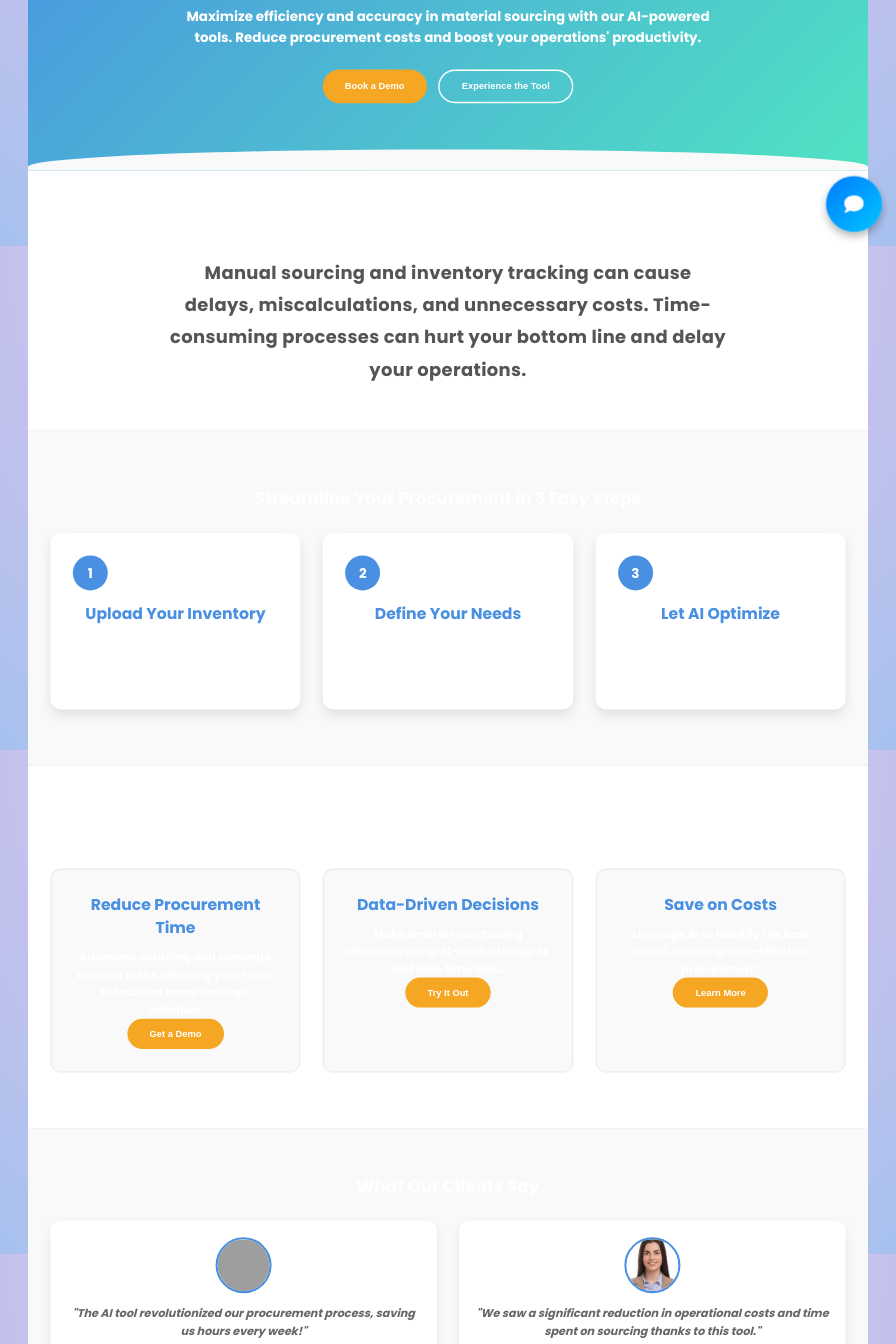
Repository: aabhashbasnet/SSNCorporation
Page: /who-we-serve/suppliers
These files come from the project's save history. The page is drawn as it stood at one moment and after a run of saves; the edit follows.
The browser window is 1280 px wide. The pictures show the part of the page from y = 369 to 2289 px (the page is 3011 px tall before and 3136 px after), at 70% of full size.
Pictures or frames that could not be fetched are drawn as grey boxes. The project was rebuilt for these pictures with package versions that can differ from the ones it lists, and the page was loaded fresh each time. Also part of the build but not shown: src/components/Main/Main.jsx, src/components/Working/Working.css, src/components/Working/Working.jsx, src/components/Footer/Footer.jsx, src/pages/OurMission/OurMission.jsx, src/pages/LoginSignUp/LoginSignUp.css, src/pages/LoginSignUp/LoginSignUp.jsx, src/pages/Industries/Industries.jsx and 12 more.

Above is the page before, as saved 2025-02-11 13:08:32.

### src/index.css
/* index.css or App.css */
body {
  margin: 0;
  padding: 0;
  font-family: 'Poppins', sans-serif; /* Optional: Add modern typography */
  /* background: linear-gradient(to bottom, #0a192f, #162447); */
  /* background: linear-gradient(to bottom, #0a192f, #004aad); */
  /* background: radial-gradient(circle at top, #00c6ff, #0072ff, #0a192f);
  background: radial-gradient(circle at top, #ff7e5f, #feb47b, #f4f4f4);
  background: radial-gradient(circle at top, #6a11cb, #2575fc);
  background: radial-gradient(circle at top, #ff416c, #ff4b2b); */
  background: radial-gradient(circle at top, #fbc2eb, #a6c1ee);
  color: white; /* Ensures text is readable */
  min-height: 100vh;
}

### src/App.css
.app-container {
  min-height: 100vh;
  display: flex;
  flex-direction: column;
  background-size: cover;
  background-position: center;
}

### src/components/Main/Main.css
/* Ensure the main content takes up the remaining spaces */
html, body {
  height: 100%;
  margin: 0;
}

/* Main content styling */
.main-content {
  padding: 50px 20px;
  text-align: center; /* Center align the content */
  min-height: calc(100vh - 80px); /* Adjust height to fill the remaining space after navbar */
  display: flex;
  flex-direction: column;
  justify-content: center;
  align-items: center; /* Ensure content is centered horizontally */
}

/* Headline styling */
.headline {
  font-family: Verdana, Geneva, Tahoma, sans-serif;
  font-size: 72px; /* Increased font size */
  font-weight: bold;
  color: #333; /* Dark color for readability */
  margin-bottom: 20px;
  line-height: 1.2;
  white-space: normal; /* Allow line breaks */
  display: inline-block; /* Make it an inline-block element */
  max-width: 90%; /* Set a max-width for better control */
}

/* Description styling */
.description {
  font-size: 18px;
  font-weight: bolder;
  color: white; /* Slightly lighter color */
  max-width: 800px; /* Set max-width to avoid overly long lines */
  margin: 0 auto; /* Center align */
  line-height: 1.6;
}

.instant {
  color: red;
}

/* Button container styling */
.button-container {
  display: flex;
  gap: 20px; /* Add space between buttons */
  justify-content: center;
  margin-top: 20px;
  flex-wrap: wrap; /* Ensure buttons wrap on small screens */
  align-items: center; /* Center the buttons */
}

/* Button base styling */
.button {
  padding: 12px 30px;
  font-size: 16px;
  font-weight: bold;
  border: none;
  border-radius: 5px;
  cursor: pointer;
  transition: transform 0.3s ease, background-color 0.3s ease;
  display: inline-block;
}

/* Default button styling (for both buttons) */
.button:hover {
  transform: translateY(-3px);
}

/* "Get Started" button styling */
.button.primary {
  background-color: #007bff; /* Blue color */
  color: white;
  font-size: larger;
}

.button.primary:hover {
  background-color: #0056b3; /* Darker blue on hover */
}

/* "Connect with Us" button styling */
.button.connect {
  background-color: #28a745; /* Green color */
  color: white;
}

.button.connect:hover {
  background-color: #218838; /* Darker green on hover */
}

/* Add some responsive styling */
@media (max-width: 768px) {
  .headline {
    font-size: 48px; /* Adjust the headline font size on mobile */
  }

  .description {
    font-size: 16px; /* Adjust description font size on mobile */
    padding: 0 20px; /* Add padding on sides for better readability */
  }

  .button-container {
    flex-direction: column; /* Stack buttons on mobile */
    align-items: center; /* Center align the buttons */
  }

  .button {
    width: 100%; /* Make buttons full width on small screens */
    max-width: 300px; /* Set a maximum width for buttons */
    margin: 10px 0; /* Add margin for space between buttons */
  }
}

### src/components/Footer/Footer.css
.footer {
    background-color: #333;
    background: #2c3e50; /* Dark blue/gray */
    background: radial-gradient(circle at top, #333, #555);
    background: radial-gradient(circle at top, #4b0082, #2c003e);
    background: radial-gradient(circle at top, #2a2a2a, #3b3b3b);
    background: radial-gradient(circle at top, #2a2a2a, #4e4e4e);

    color: white;
    padding: 30px;
  }

  .footer-content {
    display: flex;
    flex-wrap: wrap;
    justify-content: space-around;
    max-width: 1200px;
    margin: 0 auto;
  }

  .footer-section {
    flex: 1 1 30%;
    margin-bottom: 20px;
    text-align: center;
  }

  .logo {
    width: 120px;
    height: auto;
    margin-bottom: 15px;
  }

  .social-links {
    display: flex;
    justify-content: center; /* Center social icons */
    gap: 20px;
  }

  .social-icon {
    font-size: 28px;
    color: white;
    transition: color 0.3s ease;
  }

  .social-icon:hover {
    color: #0e76a8;
  }


  .footer-section h4 {
    font-size: 1.5rem; /* Use rem for scalable font sizes */
    font-weight: bold;
    margin-bottom: 10px;
    color: rgb(11, 240, 11);
    text-transform: uppercase;
  }
  .footer-nav {
    list-style: none;
    padding: 0;
    margin: 0;
  }

  .footer-nav li {
    margin-bottom: 10px;
  }

  .footer-nav a {
    font-size: 1rem;
    color: hsl(0, 0%, 100%);
    text-decoration: none;
    transition: color 0.3s ease;
  }

  .footer-nav a:hover {
    color: #0e76a8;
  }

  .newsletter {
    display: flex;
    flex-direction: column; /* Stack input and button */
    align-items: center; /* Center content horizontally */
  }

  .email-input {
    padding: 10px;
    border: 1px solid #fff;
    border-radius: 5px;
    width: 80%; /* Make input responsive */
    margin-bottom: 10px;
    background-color: #444;
    color: white;
  }

  .subscribe-button {
    padding: 10px 20px;
    background-color: #d31b1b;
    color: white;
    border: none;
    border-radius: 5px;
    cursor: pointer;
    transition: background-color 0.3s ease;
    width: 80%; /* Make button responsive */
  }

  .subscribe-button:hover {
    background-color: #b91b1b;
  }

  @media screen and (max-width: 768px) {
    .footer-section {
      flex: 1 1 100%; /* Each section takes full width on mobile */
      margin-bottom: 20px; /* Add space between sections */
    }

    .newsletter {
      flex-direction: column; /* Stack input and button vertically */
      align-items: center; /* Center the content horizontally */
    }

    .email-input,
    .subscribe-button {
      width: 100%; /* Full width input and button */
    }

    .footer-nav li {
      margin-bottom: 5px; /* Reduce margin between links */
    }
  }

### src/pages/Industries/Industries.css
/* Import Poppins font */
@import url('https://fonts.googleapis.com/css2?family=Poppins:wght@700&display=swap');

.industries-container {
  padding: 5rem 1rem;
}

.industries-title {
  font-family: Arial, Helvetica, sans-serif;
  text-align: center;
  font-size: 2.9rem;
  color: #1f2937;
  margin-bottom: 1rem;
  font-weight: 1000;
}

.industries-subtitle {
  text-align: center;
  color: #4b5563;
  font-size: 1.125rem;
  max-width: 800px;
  margin: 0 auto 3rem;
  line-height: 1.6;
}

.industries-grid {
  display: grid;
  gap: 2rem;
  grid-template-columns: 1fr;
}

.industry-card {
  background: white;
  padding: 2.5rem;
  border-radius: 1rem;
  box-shadow: 0 4px 6px -1px rgba(0, 0, 0, 0.1);
  transition: transform 0.3s ease, box-shadow 0.3s ease;
}

.industry-card:hover {
  transform: translateY(-5px);
  box-shadow: 0 10px 15px -3px rgba(0, 0, 0, 0.1);
}

.icon-container {
  width: 60px;
  height: 60px;
  border-radius: 50%;
  display: flex;
  align-items: center;
  justify-content: center;
  margin-bottom: 1.5rem;
}

.industry-icon {
  font-size: 2.5rem;
  color: white;
}

.industry-title {
  color: #1f2937;
  font-size: 1.5rem;
  margin: 1.5rem 0 1rem;
  font-weight: 600;
}

.industry-description {
  color: #4b5563;
  line-height: 1.6;
  margin-bottom: 1.5rem;
}

.learn-more-btn {
  color: #3b82f6;
  text-decoration: none;
  font-weight: 500;
  display: inline-flex;
  align-items: center;
  gap: 0.5rem;
  transition: color 0.3s ease;
}

.learn-more-btn:hover {
  color: #2563eb;
}

@media (min-width: 768px) {
  .industries-grid {
    grid-template-columns: repeat(2, 1fr);
  }
}

@media (min-width: 1024px) {
  .industries-grid {
    grid-template-columns: repeat(4, 1fr);
  }

  .industries-title {
    font-size: 3rem;
  }

  .industries-subtitle {
    font-size: 1.25rem;
  }
}

### src/pages/Industries/GeneralConstruction.css
/* Reset and base styles */
* {
  margin: 0;
  padding: 0;
  box-sizing: border-box;
}

body {
  background-color: #f5f7fa;
}

/* General section styling */
section {
  padding: 4rem 2rem;
  max-width: 1200px;
  margin: 0 auto;
}

/* Overview section */
.overview-section {
  display: flex;
  gap: 3rem;
  align-items: center;
  min-height: 80vh;
  background: linear-gradient(135deg, #e8f4fd 0%, #f5f7fa 100%);
  border-radius: 20px;
  margin: 2rem auto;
}

.overview-text {
  flex: 1;
}

.overview-text h1 {
  font-size: 3rem;
  margin-bottom: 1.5rem;
  color: #2c3e50;
  line-height: 1.2;
  font-weight: 700;
}

.overview-text p {
  font-size: 1.1rem;
  line-height: 1.6;
  color: #5a6c7d;
  margin-bottom: 1.5rem;
}

.overview-image {
  flex: 1;
  position: relative;
}

.overview-image img {
  width: 100%;
  height: auto;
  border-radius: 15px;
  box-shadow: 0 20px 40px rgba(0, 0, 0, 0.1);
}

/* Features and Benefits section */
.features-benefits {
  background: linear-gradient(135deg, #f5f7fa 0%, #e8f4fd 100%);
  text-align: center;
  padding: 5rem 2rem;
  border-radius: 20px;
  margin: 2rem auto;
}

.features-benefits h2 {
  font-size: 2.5rem;
  color: #2c3e50;
  margin-bottom: 3rem;
  font-weight: 700;
}

.feature-card {
  background: rgba(255, 255, 255, 0.9);
  padding: 2rem;
  border-radius: 10px;
  box-shadow: 0 10px 20px rgba(0, 0, 0, 0.05);
  transition: transform 0.3s ease;
  text-align: center;
}

.feature-card:hover {
  transform: translateY(-5px);
  background: rgba(255, 255, 255, 0.95);
  box-shadow: 0 15px 30px rgba(0, 0, 0, 0.1);
}

.feature-card i {
  font-size: 2.5rem;
  margin-bottom: 1rem;
}

.feature-card h3 {
  font-size: 1.5rem;
  color: #2c3e50;
  margin-bottom: 1rem;
  font-weight: 600;
}

.feature-card p {
  color: #5a6c7d;
  line-height: 1.5;
}

/* CTA section */
.cta-section {
  text-align: center;
  background: linear-gradient(135deg, #3498db, #2980b9);
  color: white;
  border-radius: 15px;
  margin: 2rem auto;
  padding: 4rem 2rem;
  box-shadow: 0 15px 30px rgba(41, 128, 185, 0.2);
}

.cta-section h2 {
  font-size: 2.5rem;
  margin-bottom: 1.5rem;
  font-weight: 700;
}

.cta-section p {
  font-size: 1.2rem;
  margin-bottom: 2rem;
  max-width: 600px;
  margin-left: auto;
  margin-right: auto;
  line-height: 1.6;
}

.cta-button {
  display: inline-block;
  padding: 1rem 2rem;
  font-size: 1.2rem;
  font-weight: 600;
  text-decoration: none;
  color: white;
  background: linear-gradient(135deg, #28a745, #218838);
  border-radius: 30px;
  transition: all 0.3s ease;
  cursor: pointer;
  border: 2px solid transparent;
  box-shadow: 0 4px 15px rgba(40, 167, 69, 0.2);
}

.cta-button:hover {
  transform: scale(1.05);
  box-shadow: 0 6px 20px rgba(40, 167, 69, 0.3);
  background: linear-gradient(135deg, #218838, #28a745);
  color: white;
  border-color: rgba(255, 255, 255, 0.2);
}

/* Responsive Design */
@media (max-width: 1024px) {
  .features-grid {
      grid-template-columns: repeat(2, 1fr);
  }
}

@media (max-width: 768px) {
  .overview-section {
      flex-direction: column;
      text-align: center;
  }

  .overview-text h1 {
      font-size: 2.5rem;
  }

  .features-grid {
      grid-template-columns: 1fr;
  }

  .cta-section h2 {
      font-size: 2rem;
  }
}

@media (max-width: 480px) {
  section {
      padding: 2rem 1rem;
  }

  .overview-text h1 {
      font-size: 2rem;
  }

  .features-benefits h2 {
      font-size: 2rem;
  }

  .feature-card {
      margin: 0;
  }

  .cta-button {
      width: 90%;
      max-width: 300px;
  }
}

### src/pages/Industries/FacilitiesMaintainance.css
/* Reset and base styles */
* {
  margin: 0;
  padding: 0;
  box-sizing: border-box;
}

body {
  background-color: #f5f7fa;
}

/* General section styling */
section {
  padding: 4rem 2rem;
  max-width: 1200px;
  margin: 0 auto;
}

/* Overview section */
.overview-section {
  display: flex;
  gap: 3rem;
  align-items: center;
  min-height: 80vh;
  background: linear-gradient(135deg, #e8f4fd 0%, #f5f7fa 100%);
  border-radius: 20px;
  margin: 2rem auto;
}

.overview-text {
  flex: 1;
}

.overview-text h1 {
  font-size: 3rem;
  margin-bottom: 1.5rem;
  color: #2c3e50;
  line-height: 1.2;
  font-weight: 700;
}

.overview-text p {
  font-size: 1.1rem;
  line-height: 1.6;
  color: #5a6c7d;
  margin-bottom: 1.5rem;
}

.overview-image {
  flex: 1;
  position: relative;
}

.overview-image img {
  width: 100%;
  height: auto;
  border-radius: 15px;
  box-shadow: 0 20px 40px rgba(0, 0, 0, 0.1);
}

/* Features and Benefits section */
.features-benefits {
  background: linear-gradient(135deg, #f5f7fa 0%, #e8f4fd 100%);
  text-align: center;
  padding: 5rem 2rem;
  border-radius: 20px;
  margin: 2rem auto;
}

.features-benefits h2 {
  font-size: 2.5rem;
  color: #2c3e50;
  margin-bottom: 3rem;
  font-weight: 700;
}

.feature-card {
  background: rgba(255, 255, 255, 0.9);
  padding: 2rem;
  border-radius: 10px;
  box-shadow: 0 10px 20px rgba(0, 0, 0, 0.05);
  transition: transform 0.3s ease;
  text-align: center;
}

.feature-card:hover {
  transform: translateY(-5px);
  background: rgba(255, 255, 255, 0.95);
  box-shadow: 0 15px 30px rgba(0, 0, 0, 0.1);
}

.feature-card i {
  font-size: 2.5rem;
  margin-bottom: 1rem;
}

.feature-card h3 {
  font-size: 1.5rem;
  color: #2c3e50;
  margin-bottom: 1rem;
  font-weight: 600;
}

.feature-card p {
  color: #5a6c7d;
  line-height: 1.5;
}

/* CTA section */
.cta-section {
  text-align: center;
  background: linear-gradient(135deg, #3498db, #2980b9);
  color: white;
  border-radius: 15px;
  margin: 2rem auto;
  padding: 4rem 2rem;
  box-shadow: 0 15px 30px rgba(41, 128, 185, 0.2);
}

.cta-section h2 {
  font-size: 2.5rem;
  margin-bottom: 1.5rem;
  font-weight: 700;
}

.cta-section p {
  font-size: 1.2rem;
  margin-bottom: 2rem;
  max-width: 600px;
  margin-left: auto;
  margin-right: auto;
  line-height: 1.6;
}

.cta-button {
  display: inline-block;
  padding: 1rem 2rem;
  font-size: 1.2rem;
  font-weight: 600;
  text-decoration: none;
  color: white;
  background: linear-gradient(135deg, #28a745, #218838);
  border-radius: 30px;
  transition: all 0.3s ease;
  cursor: pointer;
  border: 2px solid transparent;
  box-shadow: 0 4px 15px rgba(40, 167, 69, 0.2);
}

.cta-button:hover {
  transform: scale(1.05);
  box-shadow: 0 6px 20px rgba(40, 167, 69, 0.3);
  background: linear-gradient(135deg, #218838, #28a745);
  color: white;
  border-color: rgba(255, 255, 255, 0.2);
}

/* Responsive Design */
@media (max-width: 1024px) {
  .features-grid {
      grid-template-columns: repeat(2, 1fr);
  }
}

@media (max-width: 768px) {
  .overview-section {
      flex-direction: column;
      text-align: center;
  }

  .overview-text h1 {
      font-size: 2.5rem;
  }

  .features-grid {
      grid-template-columns: 1fr;
  }

  .cta-section h2 {
      font-size: 2rem;
  }
}

@media (max-width: 480px) {
  section {
      padding: 2rem 1rem;
  }

  .overview-text h1 {
      font-size: 2rem;
  }

  .features-benefits h2 {
      font-size: 2rem;
  }

  .feature-card {
      margin: 0;
  }

  .cta-button {
      width: 90%;
      max-width: 300px;
  }
}

### src/pages/WhoWeServe/Suppliers.css
/* Suppliers.css */

/* CSS Reset */
* {
    margin: 0;
    padding: 0;
    box-sizing: border-box;
  }

  /* Hero Section */
  .hero {
    background: linear-gradient(135deg, #4a90e2, #50e3c2);
    color: #ffffff;
    padding: 6rem 2rem;
    text-align: center;
    position: relative;
    overflow: hidden;
  }

  .hero::after {
    content: '';
    position: absolute;
    bottom: -20px;
    left: 0;
    width: 100%;
    height: 50px;
    background: #f9f9f9;
    border-radius: 50% 50% 0 0;
  }

  .hero-content {
    position: relative;
    z-index: 1;
    max-width: 800px;
    margin: 0 auto;
  }

  .hero h1 {
    font-size: 3rem;
    margin-bottom: 1rem;
    font-weight: 700;
  }

  .hero p {
    font-size: 1.2rem;
    margin-bottom: 2rem;
  }

  .hero-buttons {
    display: inline-flex;
    gap: 1rem;
    flex-wrap: wrap;
    justify-content: center;
  }

  button {
    padding: 0.9rem 2rem;
    border: none;
    border-radius: 30px;
    font-weight: 600;
    cursor: pointer;
    transition: all 0.3s ease;
  }

  /* Button Styles */
  .cta-demo {
    background: #f5a623;
    color: #ffffff;
  }

  .cta-demo:hover {
    transform: translateY(-2px);
  }

  .cta-experience {
    background: transparent;
    border: 2px solid #ffffff;
    color: #ffffff;
  }

  .cta-experience:hover {
    background: rgba(255,255,255,0.2);
    transform: translateY(-2px);
  }

  /* Section Common Styles */
  section {
    padding: 5rem 2rem;
  }
  .process steps step

  /* Headings */
  h2 {
    font-size: 2.5rem;
    text-align: center;
    margin-bottom: 2rem;
    color: #4a90e2;
    font-weight: 700;
  }

  h3 {
    font-size: 1.4rem;
    font-weight: 600;
    margin-bottom: 0.8rem;
    color: #4a90e2;
  }

  /* Challenges Section */
  .challenges {
    background: #ffffff;
    text-align: center;
    padding: 4rem 2rem;
  }

  .challenges h2 {
    margin-bottom: 1.5rem;
  }

  .challenges p {
    font-size: 1.6rem;
    font-weight: 600;
    color: #555;
    max-width: 800px;
    margin: 0 auto;
    line-height: 1.8;
    letter-spacing: 0.5px;
  }

  /* Process Section */
  .process {
    background: #f9f9f9;
    text-align: center;
  }

  .steps {
    display: grid;
    grid-template-columns: repeat(auto-fit, minmax(250px, 1fr));
    gap: 2rem;
    margin-top: 2rem;
  }

  .step {
    background: #ffffff;
    padding: 2rem;
    border-radius: 15px;
    box-shadow: 0 8px 16px rgba(0, 0, 0, 0.1);
    transition: all 0.3s ease;
  }

  .step:hover {
    transform: translateY(-5px);
  }

  .step-number {
    width: 50px;
    height: 50px;
    background: #4a90e2;
    color: #ffffff;
    border-radius: 50%;
    display: flex;
    align-items: center;
    justify-content: center;
    font-size: 1.2rem;
    font-weight: 700;
    margin-bottom: 1rem;
  }

  /* Benefits Section */
  .benefits {
    background: #ffffff;
    text-align: center;
  }

  .benefit-container {
    display: grid;
    grid-template-columns: repeat(auto-fit, minmax(250px, 1fr));
    gap: 2rem;
    margin-top: 2rem;
  }

  .benefit {
    background: #f9f9f9;
    padding: 2rem;
    border-radius: 15px;
    border: 2px solid rgba(0, 0, 0, 0.05);
    transition: all 0.3s ease;
  }

  .benefit:hover {
    transform: translateY(-5px);
    border-color: #4a90e2;
  }

  /* Testimonials Section */
  .testimonials {
    background: #f9f9f9;
    text-align: center;
    padding: 4rem 2rem;
  }

  .testimonial-container {
    display: grid;
    grid-template-columns: repeat(auto-fit, minmax(280px, 1fr));
    gap: 2rem;
    margin-top: 2rem;
  }

  .testimonial {
    background: #ffffff;
    padding: 1.5rem;
    border-radius: 15px;
    box-shadow: 0 8px 16px rgba(0, 0, 0, 0.08);
  }

  .testimonial-image-container {
    width: 80px;
    height: 80px;
    border-radius: 50%;
    overflow: hidden;
    margin: 0 auto 1rem;
    border: 3px solid #4a90e2;
  }

  .testimonial-image {
    width: 100%;
    height: 100%;
    object-fit: cover;
  }

  .testimonial p {
    font-size: 1rem;
    font-style: italic;
    color: #666;
    margin-bottom: 0.5rem;
  }

  .testimonial span {
    font-size: 0.9rem;
    color: #888;
  }

  /* Categories Section */
  .categories {
    background: #ffffff;
    text-align: center;
    padding: 4rem 2rem;
  }

  .categories ul {
    display: flex;
    flex-wrap: wrap;
    gap: 1rem;
    justify-content: center;
    margin-top: 2rem;
  }

  .categories li {
    background: #f9f9f9;
    color: #4a90e2;
    padding: 0.8rem 1.5rem;
    border-radius: 50px;
    font-weight: 500;
    transition: all 0.3s ease;
  }

  .categories li:hover {
    background: #4a90e2;
    color: #ffffff;
    transform: translateY(-2px);
  }

  /* Final Call-to-Action Section */
  .cta-final {
    background: #f5a623;
    color: #ffffff;
    text-align: center;
    padding: 5rem 2rem;
    position: relative;
    overflow: hidden;
  }

  .cta-final::before {
    content: '';
    position: absolute;
    top: -50%;
    left: -50%;
    width: 200%;
    height: 200%;
    background: radial-gradient(circle at center, rgba(255,255,255,0.2), transparent);
    transform: rotate(45deg);
  }

  .cta-final h2 {
    font-size: 2.5rem;
    margin-bottom: 2rem;
    position: relative;
    z-index: 1;
  }

  .cta-buttons {
    display: inline-flex;
    gap: 1rem;
    position: relative;
    z-index: 1;
  }

  .cta-free {
    background: #ffffff;
    color: #f5a623;
  }

  .cta-free:hover {
    background: #fff;
    transform: translateY(-2px);
  }

  /* Responsive Design */
  @media (max-width: 768px) {
    .hero h1 {
      font-size: 2.5rem;
    }

    .hero p {
      font-size: 1rem;
    }

    h2 {
      font-size: 2rem;
    }

    .cta-final h2 {
      font-size: 2rem;
    }
  }

Loaded but not shown: public/index.html (common file); src/index.js (common file); src/reportWebVitals.js (common file); src/App.js (63 lines, source omitted); src/components/FloatingChatButton/FloatingChatButton.jsx (177 lines, source omitted); src/components/FloatingChatButton/FloatingChatButton.css (285 lines, source omitted); src/components/Navbar/Navbar.jsx (138 lines, source omitted); src/pages/WhoWeServe/Suppliers.jsx (136 lines, source omitted); src/components/Navbar/Navbar.css (231 lines, source omitted); src/pages/Industries/Paving.css (214 lines, source omitted); src/pages/Industries/Landscaping.css (213 lines, source omitted); src/pages/OurMission/OurMission.css (228 lines, source omitted)

After the next 2 saves:
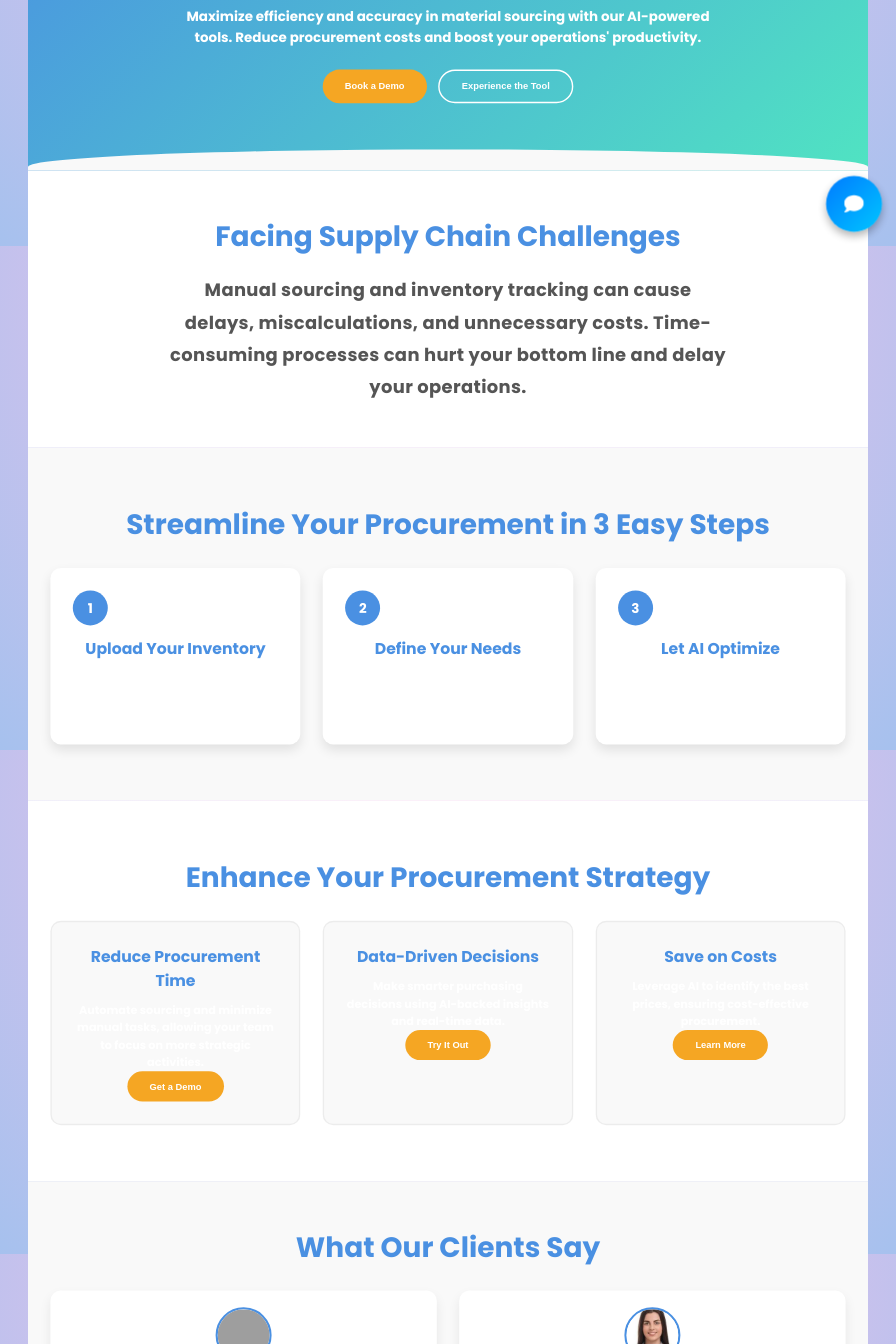
The 2 saves are shown as one change because they came seconds apart.
The last was saved 10 s later.
--- a/src/pages/WhoWeServe/Suppliers.css
+++ b/src/pages/WhoWeServe/Suppliers.css
@@ -87,7 +87,9 @@
   section {
     padding: 5rem 2rem;
   }
-  .process steps step
+  .process steps step step-number p{
+    color: #555;
+  }
 
   /* Headings */
   h2 {
